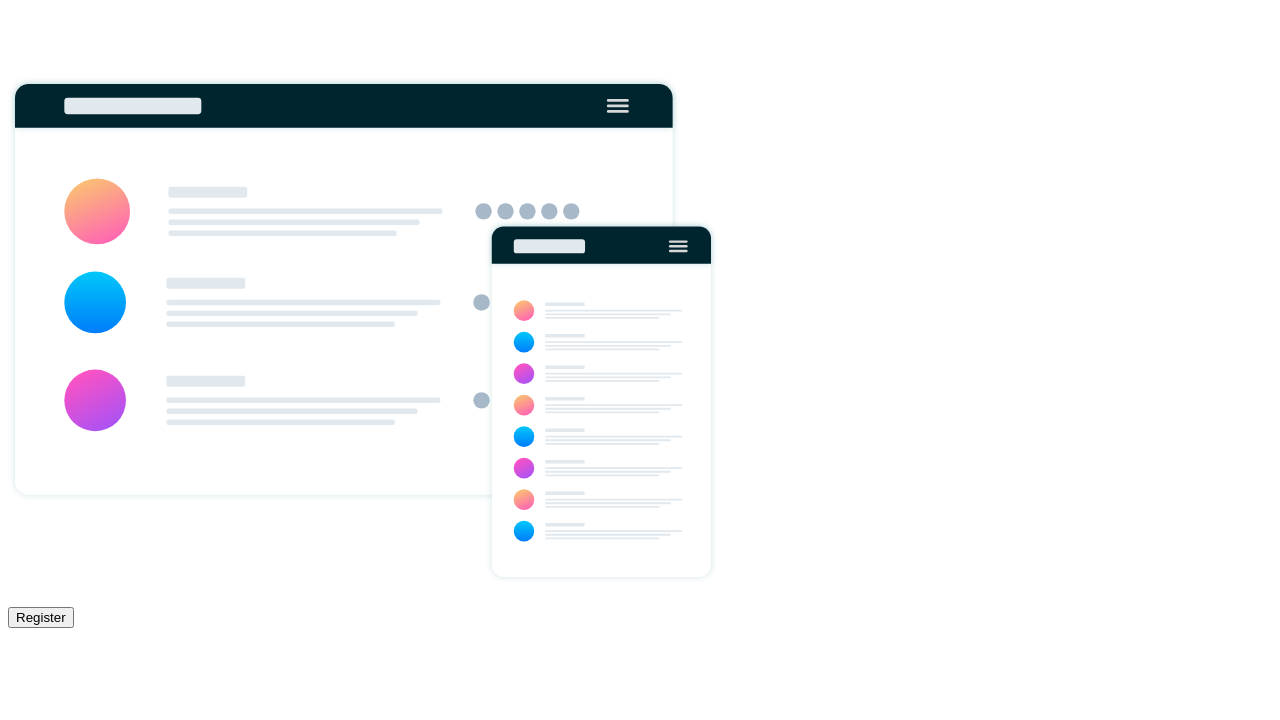
Repository: rafal-bedkowski/huddleLandingPage
Page: src/pages/index.html
The author's editor kept a copy of each file at every save. The page is drawn from the files as they stood at one save, then again after the next save.
The browser window is 1280 px wide. The pictures show the whole page.

Above is the page before, as saved 2022-08-18 12:45:31.

After the next save:
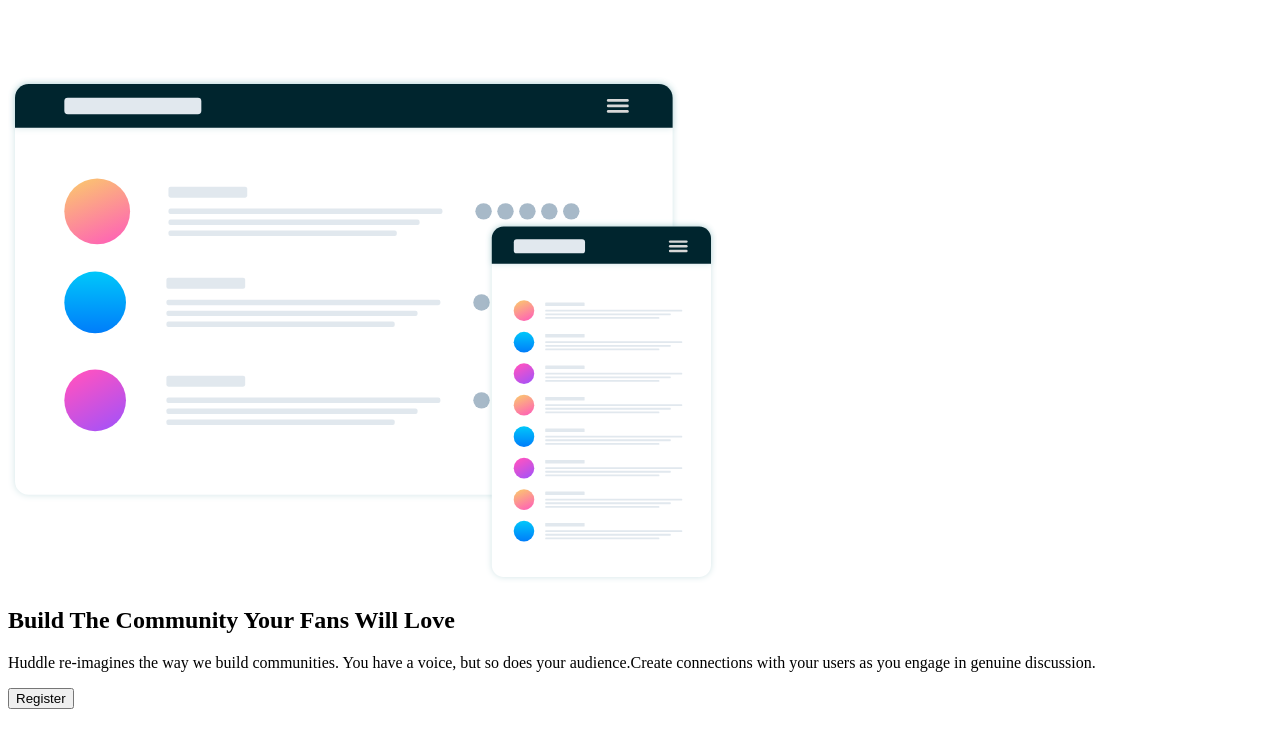
Saved 5 min 41 s later.
--- a/src/pages/index.html
+++ b/src/pages/index.html
@@ -26,10 +26,10 @@
         <img src="../assets/img/illustration-mockups.svg" alt="" class="windows__container--img">
       </div>
       <div class="CTA__container">
-        <h2 class="CTA__container CTA__container--text"></h2>
+        <h2 class="CTA__container CTA__container--text">Build The Community Your Fans Will Love</h2>
       </div>
       <div class="Paragraph__container">
-        <p class="Paragraph__container Paragraph__container--text"></p>
+        <p class="Paragraph__container Paragraph__container--text">Huddle re-imagines the way we build communities. You have a voice, but so does your audience.Create connections with your users as you engage in genuine discussion.</p>
       </div>
       <div class="button__container">
         <button class="button__container button__container--registry">Register</button>
